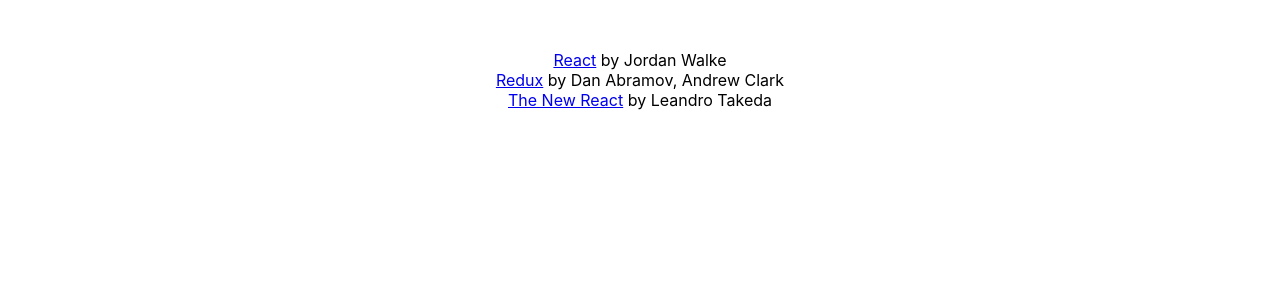
Repository: letakeda/hackernews
Page: /
The author's editor kept a copy of each file at every save. The page is drawn from the files as they stood at one save, then again after the next save.
The browser window is 1280 px wide. The pictures show the whole page.
The project was rebuilt for these pictures with package versions that can differ from the ones it lists, and the page was loaded fresh each time.

Above is the page before, as saved 2019-12-03 08:10:16.

After the next save:
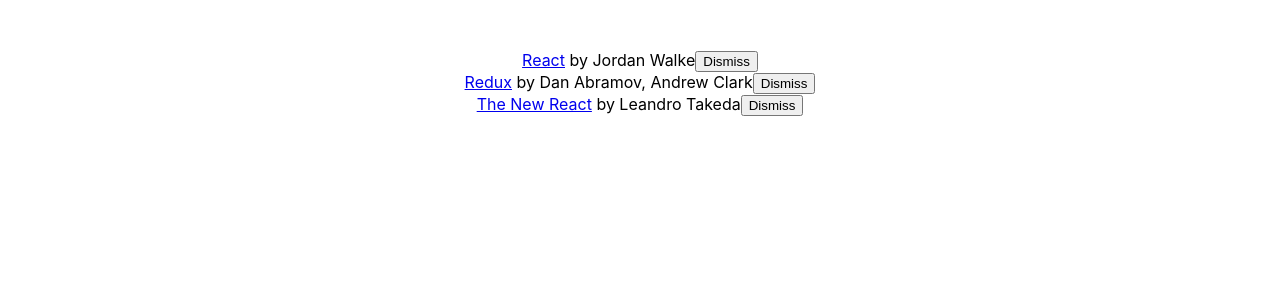
Saved 5 min 37 s later.
--- a/src/App.js
+++ b/src/App.js
@@ -45,6 +45,9 @@
             <span>{item.author}</span>
             <span>{item.num_comments}</span>
             <span>{item.points}</span>
+            <span>
+              <button onClick={() => this.onDismiss(item.objectID)} type="button">Dismiss</button>
+            </span>
           </div>
         )}
       </div>
